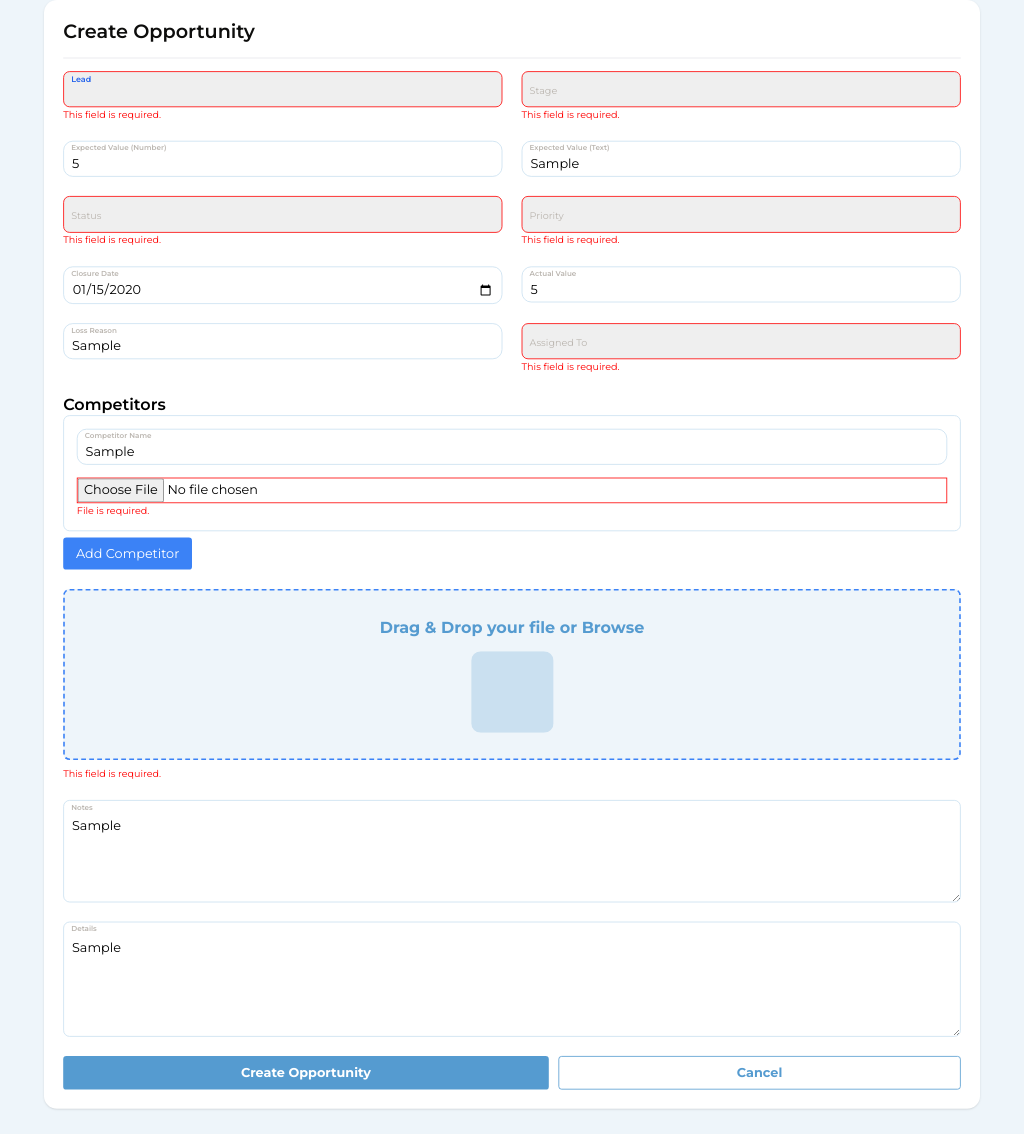
Repository: Abdelrhman-asker-smart/JsdcPIF
Page: create.html
These files come from the project's save history. The page is drawn as it stood at one moment and after the next save; the edit follows.
The browser window is 1280 px wide. The pictures show the whole page, at 80% of full size.
Empty fields were first filled with sample values (such as "Sample", 5 or name@example.com).
After loading, the first visible `#opportunityForm` was submitted once.
Some web libraries are served in a nearby version.

Above is the page before, as saved 2025-03-10 05:33:30.

After the next save:
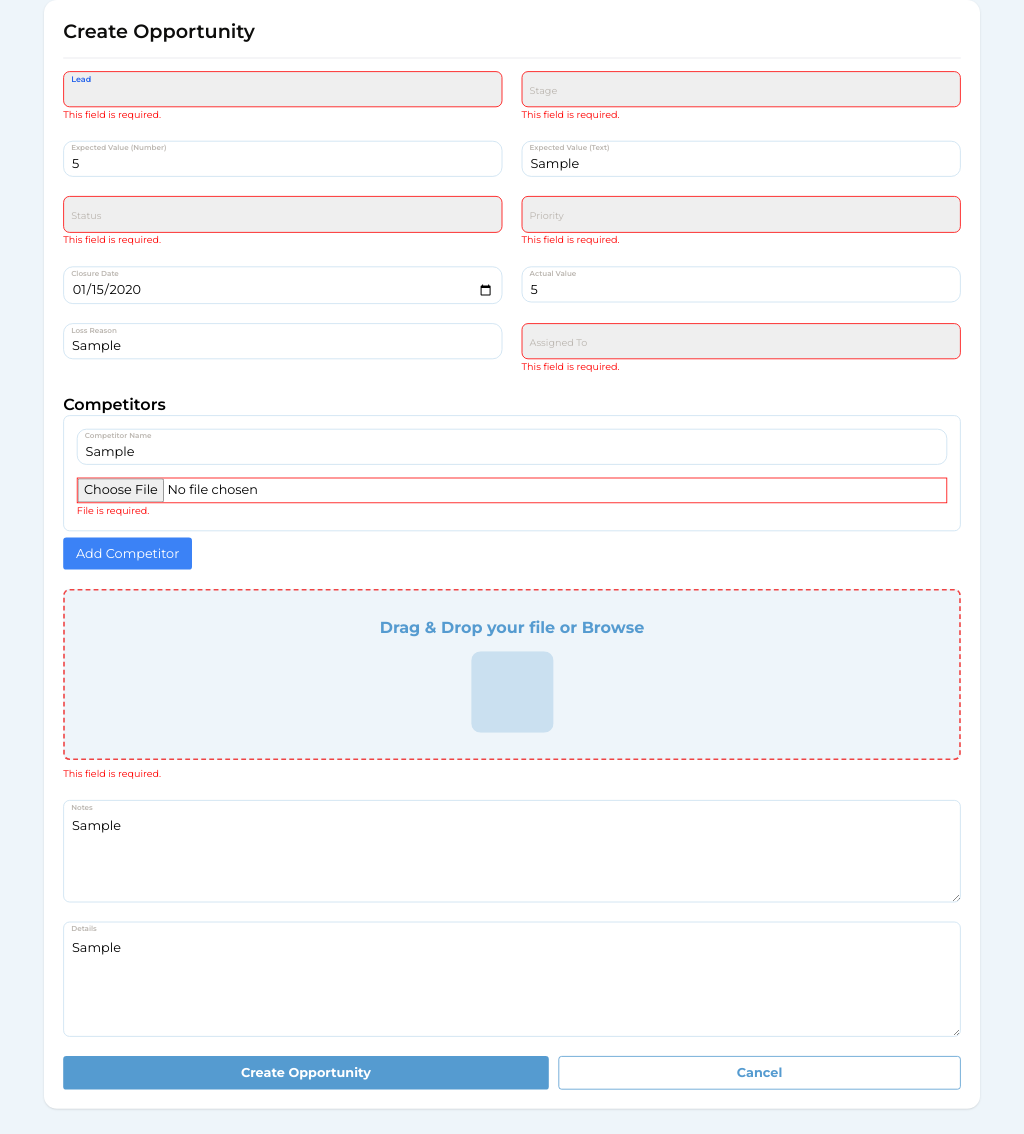
Saved 64 s later.
--- a/create.html
+++ b/create.html
@@ -575,6 +575,11 @@
           const field = document.getElementById(id);
           if (field && !validateField(field)) {
             field.classList.add("error");
+            field.type == "file" &&
+          document
+          .getElementById("fileDropAreaOpportunity")&&   document
+              .getElementById("fileDropAreaOpportunity")
+              .classList.add("border-red-500");
             const errorDiv = document.getElementById(id + "Error");
             if (errorDiv) errorDiv.style.display = "block";
             if (!firstError) firstError = field;
